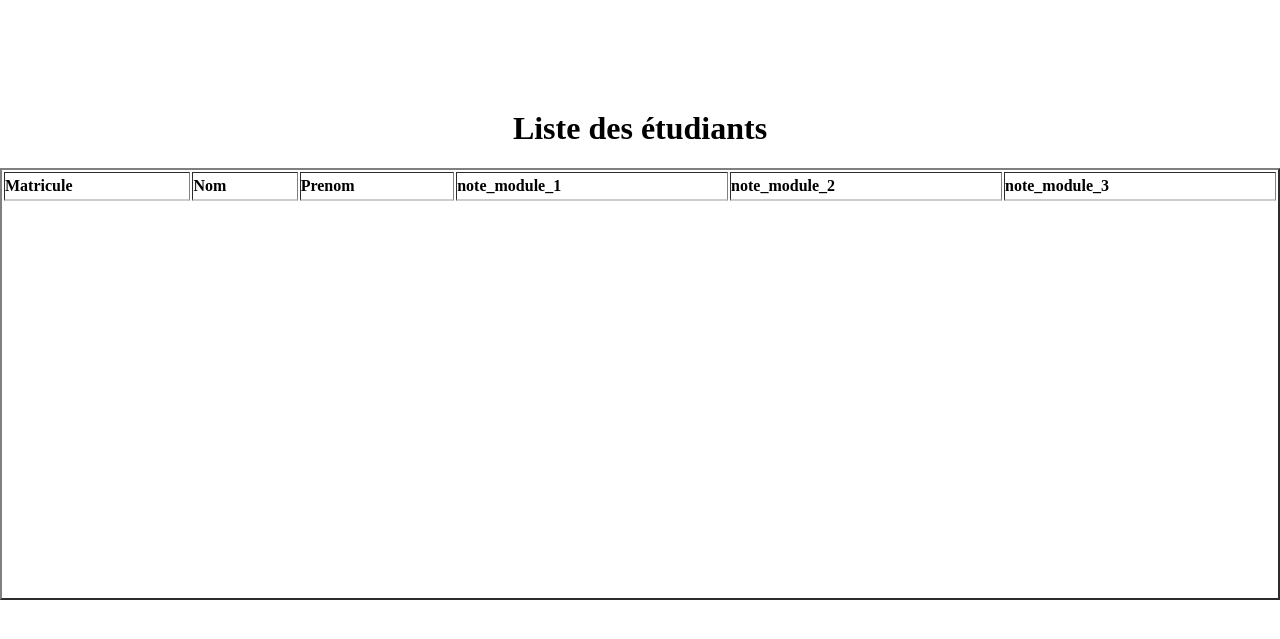
Repository: tt5300447/parakeet
Page: http://localhost/
These files come from the project's save history. The page is drawn as it stood at one moment and after the next save; the edit follows.
The browser window is 1280 px wide. The pictures show the whole page.
The page is run by PHP 8.4 with error messages shown; the project is at /var/www/html/. Queries for data that is not in the repository find no rows.

Above is the page before, as saved 2022-06-19 16:09:01.

After the next save:
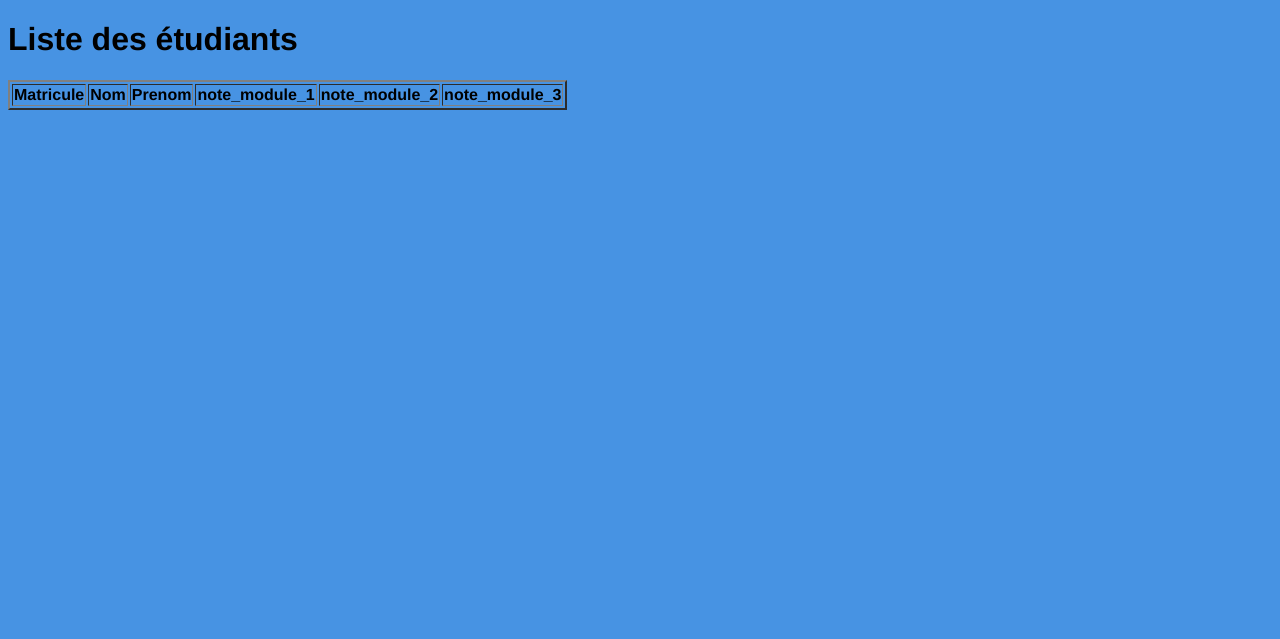
Saved 85 s later.
--- a/Copier/htdocs/Liste/index.php
+++ b/Copier/htdocs/Liste/index.php
@@ -5,7 +5,7 @@
     <meta http-equiv="X-UA-Compatible" content="IE=edge">
     <meta name="viewport" content="width=device-width, initial-scale=1.0">
     <title>Document</title>
-    <link rel="stylesheet" href="style.css">
+    <link rel="stylesheet" href="table.css">
 </head>
 <body>
 
